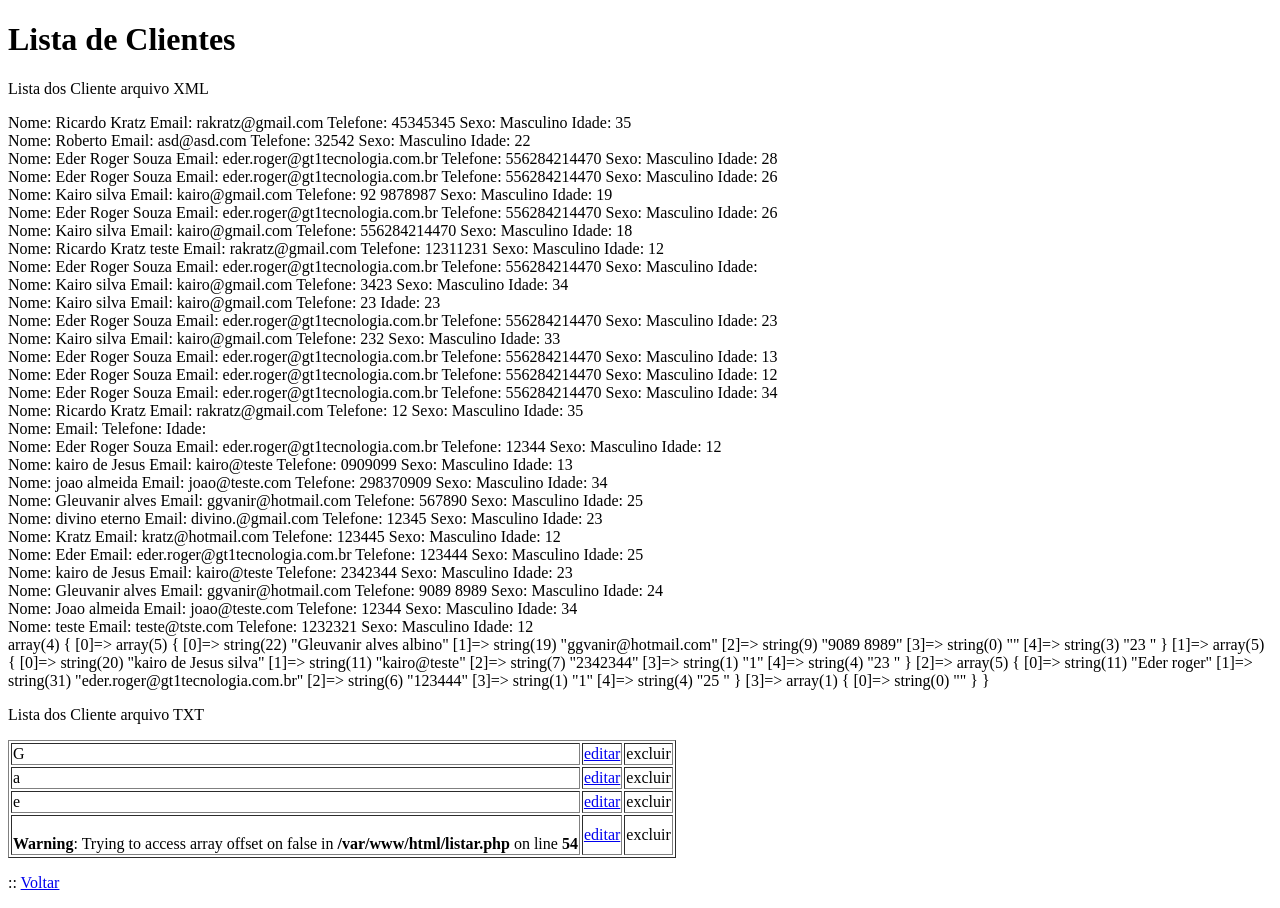
Repository: EderRoger/Faculdade
Page: http://localhost/listar.php
These files come from the project's save history. The page is drawn as it stood at one moment and after the next save; the edit follows.
The browser window is 1280 px wide. The pictures show the whole page.
The page is run by PHP 8.4 with error messages shown; the project is at /var/www/html/.

Above is the page before, as saved 2011-10-26 17:12:28.

### kratz/workspace/cadastro/listar.php
<?php
/* Arquivo: index.php
 * Descrição: Página principal de uma sistema de cadastro de cliente usando arquivo e classes
 * Versão: 1.0
 * Autor: Ricardo de Andrade Kratz
 */
?>
<!doctype html>
<html>
  <head>
    <meta charset="ISO-8859-1">
    <title>Sistema de Cadastro de Client</title>
  </head>
  <body>
	<h1>Lista de Clientes</h1>



	<table border="1">
<?php
		include 'XML.classe.php';

		$XMLLocal = new XMLArquivo("cliente.xml");

		echo "<p>Lista dos Cliente arquivo XML</p>";

		$XMLLocal->buscaXML();

		include 'arquivo.class.php';

		$arquivoCliente = new ARQUIVO();

		$arquivoCliente->setArquivo("cliente.txt");
		$arquivoCliente->setOperacao("r");

		//$arrayCliente =  explode(";",$arquivoCliente->listarTodos());

		$arrayCliente = $arquivoCliente->listarTodos();

		//var_dump($arrayCliente);
		for ($i=0;$i<sizeof($arrayCliente);$i++) {
			$dados[] =  explode(";",$arrayCliente[$i]);
			//echo  $dados;
		}

		var_dump($dados);
		echo "<p>Lista dos Cliente arquivo TXT</p>";


		for ($i=0;$i<sizeof($arrayCliente);$i++) {
	?>
	<tr>
	 <td>
		<?php   echo $arrayCliente[$i][$i]; ?>
	 </td>
	 <td><a href="index.php?nome=<?=$arrayCliente[$i]; ?>&idade=<?=$arrayCliente[$i]; ?>&email=<?=$arrayCliente[$i]; ?>&telefone=<?=$arrayCliente[$i]; ?>"> editar</a></td>
	 <td>excluir</td>
	</tr>
	<?php
		}
	?>

	</table>
	<p>:: <a href="index.php"> Voltar</a></p>
  </body>
</html>

### kratz/workspace/cadastro/XML.classe.php
<?php
// Criar minha classe XML com SimpleXML
// Criar ou abrir um arquivo XML
// Buascar dados de um arquivo XML
// Gravar dados em um arquivo XML

class XMLArquivo{
	   private $_xml; // Ponteiro ou objeto para o arquivo físico já existente
   	   private $_xmlNovo; // Ponteiro para o arquivo lógico (objeto XML) novo
       private $_arquivo;	// Caminho ou path com o arquivo para ser aberto

       //Construtor e vamos abrir o arquivo XML
       public function __construct($arq){
       	// recebi o arquivo que será aberto
       	$this->_arquivo = $arq;
       	if( file_exists($arq) ) {
	      $this->_xml = simplexml_load_file($arq);
	   } else {
	   	// Criar uma novo arquivo com o nome vindo de $arq
	   	$this->_xmlNovo = new SimpleXMLElement('<?xml version="1.0" ?><cadastro />');
			// Criando um arquivo XML
			file_put_contents($arq, $this->_xmlNovo->asXML());
			// Ponteiro para o arquivo físico já existente
			$this->_xml = simplexml_load_file($arq);
	   }
   }
   public function adicionaCliente($nome, $email, $telefone, $sexo, $idade){
   	$cliente = $this->_xml->addChild('cliente');
   	$cliente->addChild('nome', $nome);
   	$cliente->addChild('email', $email);
   	$cliente->addChild('telefone', $telefone);
    $cliente->addChild('sexo', $sexo);
    $cliente->addChild('idade', $idade);
    file_put_contents($this->_arquivo , $this->_xml->asXML());
   }

    function buscaXML()
    {
		foreach($this->_xml->cliente as $cliente) // $cliente = $this->_xml->cliente;
		{
 			echo "Nome: ".$cliente->nome;
 			echo " Email: ".$cliente->email;
 			echo " Telefone: ".$cliente->telefone;
 			if ($cliente->sexo == "1")
 				echo " Sexo: Masculino";
 			if ($cliente->sexo == "2")
 				echo " Sexo: Feminino";
 			echo " Idade: ".$cliente->idade;
 			echo "<br>";
		}
    }
}

?>

### kratz/workspace/cadastro/cliente.xml
<?xml version="1.0"?>
<cadastro>
	<cliente>
		<nome>Ricardo Kratz</nome>
		<email>rakratz@gmail.com</email>
		<telefone>45345345</telefone>
		<sexo>1</sexo>
		<idade>35</idade>
	</cliente>
	<cliente>
		<nome>Roberto</nome>
		<email>asd@asd.com</email>
		<telefone>32542</telefone>
		<sexo>1</sexo>
		<idade>22</idade>
	</cliente>
<cliente><nome>Eder Roger Souza</nome><email>eder.roger@gt1tecnologia.com.br</email><telefone>556284214470</telefone><sexo>1</sexo><idade>28</idade></cliente><cliente><nome>Eder Roger Souza</nome><email>eder.roger@gt1tecnologia.com.br</email><telefone>556284214470</telefone><sexo>1</sexo><idade>26</idade></cliente><cliente><nome>Kairo silva</nome><email>kairo@gmail.com</email><telefone>92 9878987</telefone><sexo>1</sexo><idade>19</idade></cliente><cliente><nome>Eder Roger Souza</nome><email>eder.roger@gt1tecnologia.com.br</email><telefone>556284214470</telefone><sexo>1</sexo><idade>26</idade></cliente><cliente><nome>Kairo silva</nome><email>kairo@gmail.com</email><telefone>556284214470</telefone><sexo>1</sexo><idade>18</idade></cliente><cliente><nome>Ricardo Kratz teste</nome><email>rakratz@gmail.com</email><telefone>12311231</telefone><sexo>1</sexo><idade>12</idade></cliente><cliente><nome>Eder Roger Souza</nome><email>eder.roger@gt1tecnologia.com.br</email><telefone>556284214470</telefone><sexo>1</sexo><idade/></cliente><cliente><nome>Kairo silva</nome><email>kairo@gmail.com</email><telefone>3423</telefone><sexo>1</sexo><idade>34</idade></cliente><cliente><nome>Kairo silva</nome><email>kairo@gmail.com</email><telefone>23</telefone><sexo/><idade>23</idade></cliente><cliente><nome>Eder Roger Souza</nome><email>eder.roger@gt1tecnologia.com.br</email><telefone>556284214470</telefone><sexo>1</sexo><idade>23</idade></cliente><cliente><nome>Kairo silva</nome><email>kairo@gmail.com</email><telefone>232</telefone><sexo>1</sexo><idade>33</idade></cliente><cliente><nome>Eder Roger Souza</nome><email>eder.roger@gt1tecnologia.com.br</email><telefone>556284214470</telefone><sexo>1</sexo><idade>13</idade></cliente><cliente><nome>Eder Roger Souza</nome><email>eder.roger@gt1tecnologia.com.br</email><telefone>556284214470</telefone><sexo>1</sexo><idade>12</idade></cliente><cliente><nome>Eder Roger Souza</nome><email>eder.roger@gt1tecnologia.com.br</email><telefone>556284214470</telefone><sexo>1</sexo><idade>34</idade></cliente><cliente><nome>Ricardo Kratz</nome><email>rakratz@gmail.com</email><telefone>12</telefone><sexo>1</sexo><idade>35</idade></cliente><cliente><nome/><email/><telefone/><sexo/><idade/></cliente><cliente><nome>Eder Roger Souza</nome><email>eder.roger@gt1tecnologia.com.br</email><telefone>12344</telefone><sexo>1</sexo><idade>12</idade></cliente><cliente><nome>kairo de Jesus</nome><email>kairo@teste</email><telefone>0909099</telefone><sexo>1</sexo><idade>13</idade></cliente><cliente><nome>joao almeida</nome><email>joao@teste.com</email><telefone>298370909</telefone><sexo>1</sexo><idade>34</idade></cliente><cliente><nome>Gleuvanir alves</nome><email>ggvanir@hotmail.com</email><telefone>567890</telefone><sexo>1</sexo><idade>25</idade></cliente><cliente><nome>divino eterno</nome><email>divino.@gmail.com</email><telefone>12345</telefone><sexo>1</sexo><idade>23</idade></cliente><cliente><nome>Kratz</nome><email>kratz@hotmail.com</email><telefone>123445</telefone><sexo>1</sexo><idade>12</idade></cliente><cliente><nome>Eder</nome><email>eder.roger@gt1tecnologia.com.br</email><telefone>123444</telefone><sexo>1</sexo><idade>25</idade></cliente><cliente><nome>kairo de Jesus</nome><email>kairo@teste</email><telefone>2342344</telefone><sexo>1</sexo><idade>23</idade></cliente><cliente><nome>Gleuvanir alves</nome><email>ggvanir@hotmail.com</email><telefone>9089 8989</telefone><sexo>1</sexo><idade>24</idade></cliente><cliente><nome>Joao almeida</nome><email>joao@teste.com</email><telefone>12344</telefone><sexo>1</sexo><idade>34</idade></cliente><cliente><nome>teste</nome><email>teste@tste.com</email><telefone>1232321</telefone><sexo>1</sexo><idade>12</idade></cliente></cadastro>

### kratz/workspace/cadastro/arquivo.class.php
<?php
class ARQUIVO {
	private $_arquivo;
	private $_operacao;
	private $_linha;
	private $_conteudo;
	private $lines;
	/**
	 * @return the $_arquivo
	 */
	public function getArquivo() {
		return $this->_arquivo;
	}

	/**
	 * @return the $_operacao
	 */
	public function getOperacao() {
		return $this->_operacao;
	}

	/**
	 * @param field_type $_arquivo
	 */
	public function setArquivo($_arquivo) {
		$this->_arquivo = $_arquivo;
	}

	/**
	 * @param field_type $_operacao
	 */
	public function setOperacao($_operacao) {
		$this->_operacao = $_operacao;
	}

	public function gravar($conteudo) {
		//TENTA ABRIR O ARQUIVO TXT
		$abrir = fopen($this->_arquivo, "$this->_operacao");
		fwrite($abrir, $conteudo);
		fclose($abrir);
		return "Arquivo gravado com Sucesso !!";
	}

public function listarTodos() {

		$ponteiro = fopen ($this->_arquivo, "$this->_operacao");
		while (!feof ($ponteiro)) {
		  //LÊ UMA LINHA DO ARQUIVO
		  $this->_linha = fgets($ponteiro, 4096);
		  //IMPRIME NA TELA O RESULTADO
		  $this->lines[] =  $this->_linha;

		  //$this->_conteudo .= $this->_linha."<br>";
		}//FECHA WHILE
		fclose ($ponteiro);
		return $this->lines;
		//return $this->_conteudo;
		//FECHA O PONTEIRO DO ARQUIVO
	}





}
?>

### kratz/workspace/cadastro/cliente.txt
Gleuvanir alves albino;ggvanir@hotmail.com;9089 8989;;23
kairo de Jesus silva;kairo@teste;2342344;1;23
Eder  roger;eder.roger@gt1tecnologia.com.br;123444;1;25

After the next save:
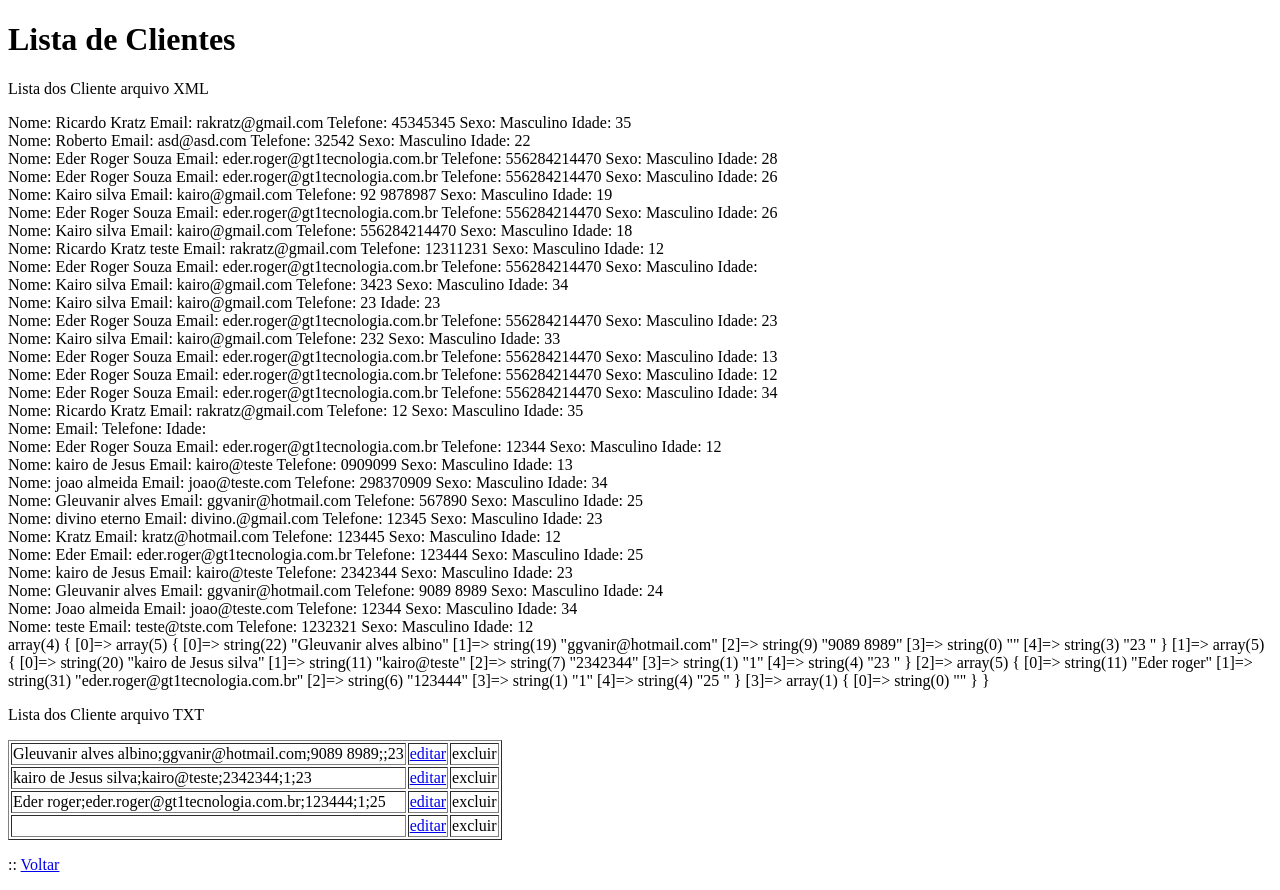
Saved 4 s later.
--- a/kratz/workspace/cadastro/listar.php
+++ b/kratz/workspace/cadastro/listar.php
@@ -51,7 +51,7 @@
 	?>
 	<tr>
 	 <td>
-		<?php   echo $arrayCliente[$i][$i]; ?>
+		<?php   echo $arrayCliente[$i]; ?>
 	 </td>
 	 <td><a href="index.php?nome=<?=$arrayCliente[$i]; ?>&idade=<?=$arrayCliente[$i]; ?>&email=<?=$arrayCliente[$i]; ?>&telefone=<?=$arrayCliente[$i]; ?>"> editar</a></td>
 	 <td>excluir</td>
